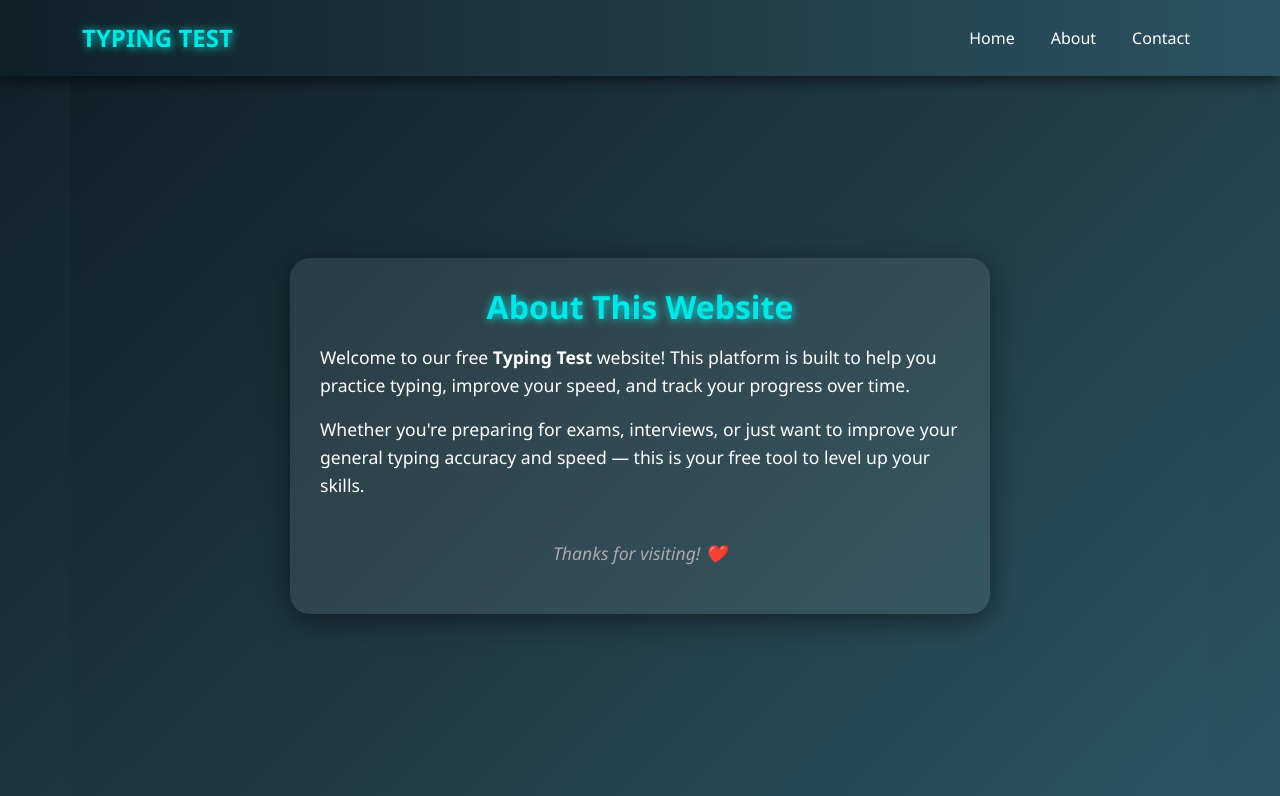
Repository: SHAHZADcodr/typing-test-react
Page: /about
The author's editor kept a copy of each file at every save. The page is drawn from the files as they stood at one save, then again after the next save.
The browser window is 1280 px wide. The pictures show the whole page.
The project was rebuilt for these pictures with package versions that can differ from the ones it lists, and the page was loaded fresh each time. Also part of the build but not shown: src/customCss/Home.css, src/pages/Home.jsx, src/customCss/Contact.css, src/pages/Contact.jsx, src/customCss/Game.css, src/pages/Game.jsx, src/customCss/GameOver.css, src/pages/GameOver.jsx. Imported but missing from the stored project, and not drawn on this page: src/assets/background.mp3, src/assets/pop.mp3.

Above is the page before, as saved 2025-04-09 15:35:21.

After the next save:
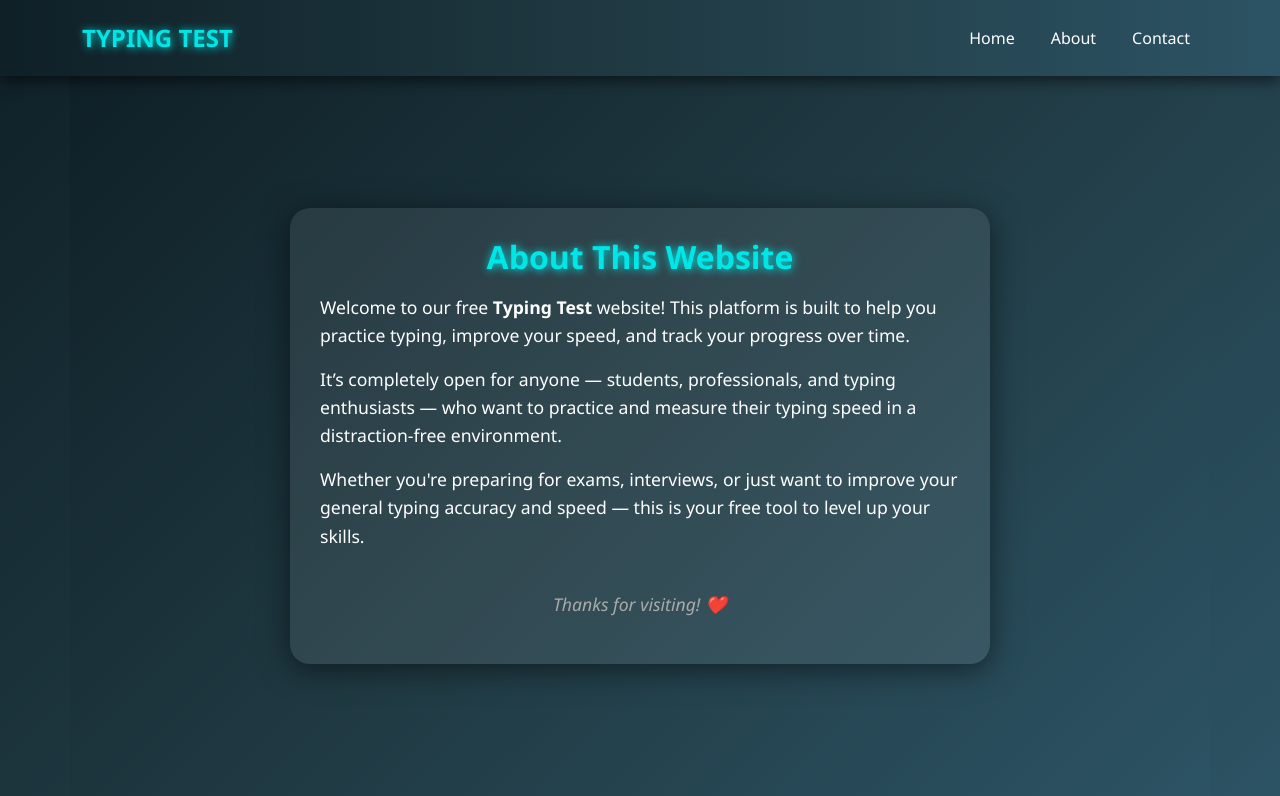
Saved 34 s later.
--- a/src/pages/About.jsx
+++ b/src/pages/About.jsx
@@ -10,6 +10,8 @@ const About = () => {
         <p>
           Welcome to our free <strong>Typing Test</strong> website! This platform is built to help you practice typing, improve your speed, and track your progress over time.
         </p>
+        <p>It’s completely open for anyone — students, professionals, and typing enthusiasts — who want to practice and measure their typing speed in a distraction-free environment.</p>
+
         <p>
           Whether you're preparing for exams, interviews, or just want to improve your general typing accuracy and speed — this is your free tool to level up your skills.
         </p>
